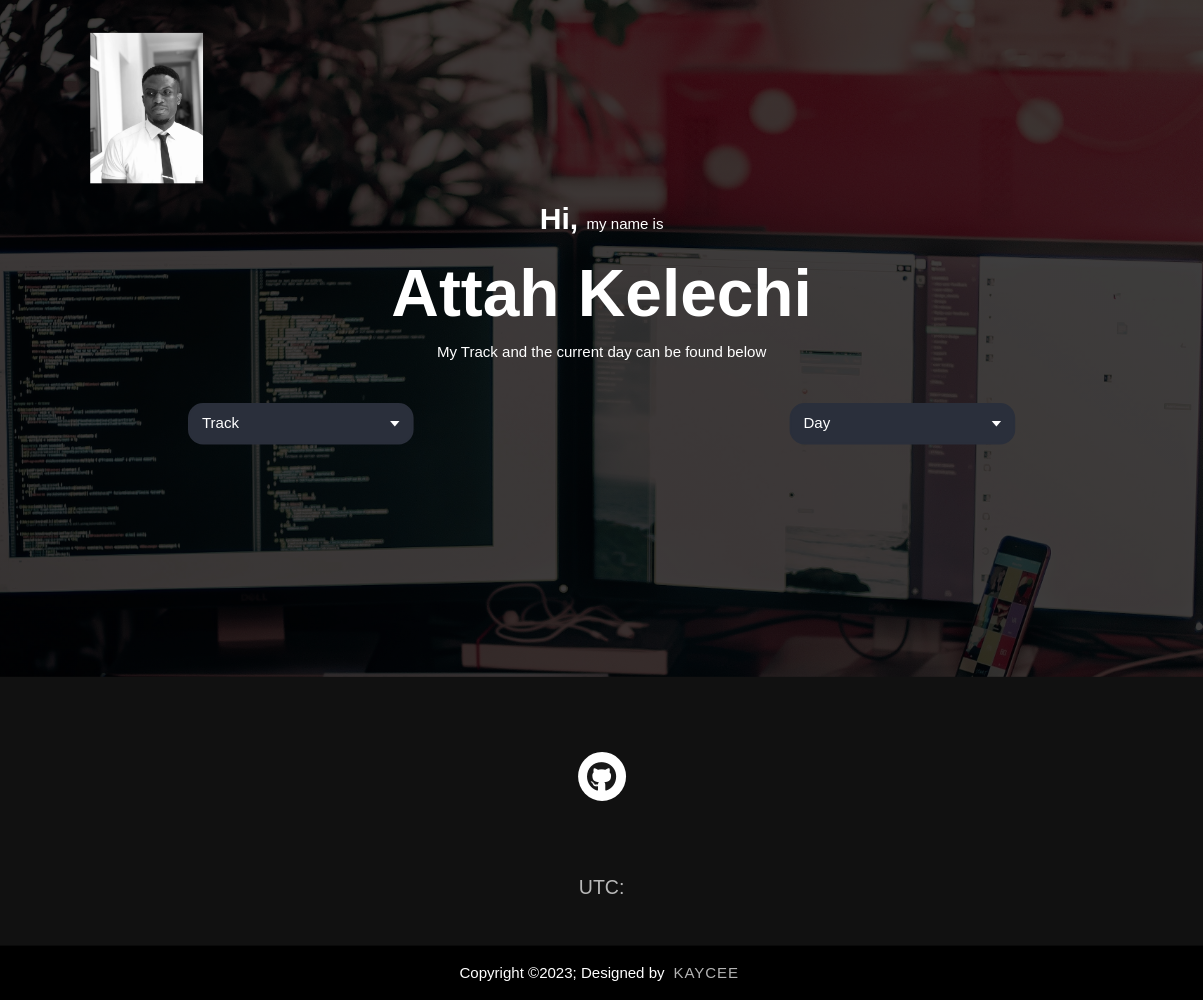
Repository: Kaycee-attah/HNG-Internship_2023
Page: index.html
An editor plug-in stored every save of this project. The page is shown before and after the next save, followed by the edit.
The browser window is 1280 px wide. The pictures show the whole page, at 94% of full size.

Above is the page before, as saved 2023-09-07 12:20:47.

### index.html
<!DOCTYPE html>
<html lang="en">
<head>
    <meta charset="UTF-8">
    <meta name="viewport" content="width=device-width, initial-scale=1.0">
    <title>How to make a website - Easy tutorial</title>
    <link rel="stylesheet" href="style.css">
    <link rel="stylesheet" href="https://cdnjs.cloudflare.com/ajax/libs/font-awesome/6.4.2/css/all.min.css" integrity="sha512-z3gLpd7yknf1YoNbCzqRKc4qyor8gaKU1qmn+CShxbuBusANI9QpRohGBreCFkKxLhei6S9CQXFEbbKuqLg0DA==" crossorigin="anonymous" referrerpolicy="no-referrer" />
</head>
<body>
    <div class="banner">
        <div class="navbar">
            <img class="logo" src="slack_DP.JPG" alt="Kaycee" data-testid="slackDisplayImage">
            <!-- <ul>
                <li><a href="#">Home</a></li>
                <li><a href="#">Bedroom</a></li>
                <li><a href="#">Dining</a></li>
                <li><a href="#">Kitchen</a></li>
                <li><a href="#">Backyard</a></li>
            </ul> -->
        </div>
    </div>
    <div class="content">
        <h2>Hi, <span class="text"> my name is</span></h2>
        <h1 data-testid="slackUserName">Attah Kelechi</h1>
        <span class="text-sm">My Track and the current day can be found below</span>

        <div class="track_info">
            <div class="dropdown">
                <div class="select">
                    <span class="selected">Track</span>
                    <div class="caret"></div>
                </div>
                <ul class="menu">
                    <li data-testid="myTrack">Frontend </li>

                </ul>

                <!-- <button type="button"><span class="btn"></span> MORE</button>
                <button type="button"><span class="btn"></span>SUBSCRIBE</button> -->
            </div>
            <div class="dropdown">
                <div class="select">
                    <span class="selected">Day</span>
                    <div class="caret"></div>
                </div>
                <ul class="menu">
                    <li data-testid="currentDayOfTheWeek">Framer </li>

                </ul>

                <!-- <button type="button"><span class="btn"></span> MORE</button>
                <button type="button"><span class="btn"></span>SUBSCRIBE</button> -->
            </div>
        </div>


    </div>
    <footer>
        <div class="footer_Container">
            <div class="social-icon">
                <a href=""><i class="fa-brands fa-github"></i></a>
            </div>

        </div>
        <div class="footer_Info">
            <ul>
                <li data-testid="currentUTCTime">UTC: </li>

            </ul>
        </div>
        <div class="footer_Bottom">
            <p>Copyright &copy;2023; Designed by <span class="designer">Kaycee</span></p>
        </div>
    </footer>

    <script src="script.js"></script>
</body>

</html>

### style.css
*{
    margin: 0;
    padding: 0;
    font-family: sans-serif;

}
body{
    background-image: linear-gradient(rgba(0,0,0,0.75), rgba(0,0,0,0.75)), url(IMG_6759.JPG);
    background-size: cover;
    background-position: center;
}

.banner{
    width: 100%;
    height: 100vh;


}
.navbar{
    width: 85%;
    margin: auto;
    margin-bottom: 40px;
    padding: 35px 0;
    display: flex;
    align-items: center;
    justify-content: space-between;
}
.logo{
    width: 120px;
    cursor: pointer;
}
.navbar ul li{
    list-style: none;
    display: inline-block;
    margin: 0 20px;
    position: relative;
}
.navbar ul li a{
    text-decoration: none;
    color: #fff;
    text-transform: uppercase;
}
.navbar ul li::after{
    content: "";
    height: 3px;
    width: 0;
    background: #009688;
    position: absolute;
    left: 0;
    bottom: -10px;
    transition: 0.5s;
}
.navbar ul li:hover::after{
    width: 100%;
}
.content{
    width: 100%;
    padding: 80px 0;
    position: absolute;
    top: 50%;
    transform: translateY(-50%);
    text-align: center;
    color: #fff;
}
.content h1{
    font-size: 70px;
    margin-top: 20px;
    /* margin-bottom: 10px; */
}
.content h2{
    font-size: 2.0em;
    /* margin-top: 20px; */
}
.content p{
    margin: 20px auto;
    font-weight: 100;
    line-height: 25px;
}
.text{
    margin: 0;
    font-weight: 20;
    font-size: medium;
    line-height: 5px;
}
.text-sm{
    /* margin: 35px auto; */
    font-weight: 10;
    font-size: 16px;
    line-height: 45px;
}
.track_info {
    display: flex;
    justify-content: space-around;
    align-items: center;
}
.dropdown{
    min-width: 15em;
    position: relative;
    margin: 2em;
    /* display: flex;
    justify-content: space-between;
    align-items: center; */

}
.dropdown *{
    box-sizing: border-box;
}

.select{
    background: #2a2f3b;
    color: #fff;
    display: flex;
    justify-content: space-between;
    align-items: center;
    border: 2px #2a2f3b solid;
    border-radius: 1em;
    cursor: pointer;
    transition: background 0.3s;
    padding: 0.7em 0.8em;
}
.select-clicked{
    border: 2px #26489a solid;
    box-shadow: 0 0 0.8em #26489a;
    display: flex;
    justify-content: space-between;


}

.select:hover{
    background: #323741;
}

.caret{
    width: 0;
    height: 0;
    border-left: 5px solid transparent;
    border-right: 5px solid transparent;
    border-top: 6px solid #fff;
    transition: 0.3s;
}

.caret-rotate{
    transform: rotateX(180deg);

}

.selected-rotate{
    transform: rotateX(180deg);

}

.menu{
    list-style: none;
    padding: 0.2em 0.5em;
    background: #323741;
    border: 1px #363a43 solid;
    box-shadow: 0 0.5em 1em rgba(0, 0, 0, 0.2);
    border-radius: 0.5em;
    color: #9fa5b5;
    position: absolute;
    width: 100%;
    top: 4em;
    min-height: auto;
    left: 50%;
    transform: translateX(-50%);
    opacity: 0;
    display: none;
    transition: 0.2s;
    z-index: 1;
}

.menu li{
    padding: 0.7em 0.5em;
    margin: 0.3em 0;
    border-radius: 0.5em;
}

.menu li:hover{
    background: #2a2d35;
}

.menu-open{
    display: block;
    opacity: 1;
}


button{
    width: 200px;
    padding: 15px 0;
    text-align: center;
    margin: 20px 10px;
    border-radius: 25px;
    font-weight: bold;
    border: 2px solid #009688;
    background: transparent;
    color: #fff;
    cursor: pointer;
    position: relative;
    overflow: hidden;
}
.btn{
    background: #009688;
    height: 100%;
    width: 0;
    border-radius: 25px;
    position: absolute;
    left: 0;
    bottom: 0;
    z-index: -1;
    transition: 0.5s;
}
button:hover span{
    width: 100%;
}
footer{
    background-color: #111;
    width: 100%;
}
.footer_Container{
    /* width: 100%; */
    padding: 70px 30px 20px;
}
.social-icon{
    display: flex;
    justify-content: center;
}
.social-icon a{
    text-decoration: none;
    padding: 10px;
    background-color: white;
    margin: 10px;
    border-radius: 50%;
}
.social-icon a i{
    font-size: 2em;
    color: black;
    opacity: 0.9;
}


.social-icon a:hover{
    background-color: #111;
    transition: 0.5s;
}
.social-icon a:hover i{
    background-color: white;
    transition: 0.5s;
}
.footer_Info{
    margin: 30px 0;
}
.footer_Info ul{
    display: flex;
    justify-content: space-around;
}
.footer_Info ul li{
    color: white;
    margin: 20px;
    text-decoration: none;
    list-style: none;
    font-size: 1.3em;
    opacity: 0.7;
    transition: 0.5s;
}

.footer_Bottom {
    background-color: #000;
    padding: 20px;
    text-align: center;
}
.footer_Bottom p{
    color: white;

}
.designer{
    opacity: 0.7;
    text-transform: uppercase;
    letter-spacing: 1px;
    font-weight: 400;
    margin: 0px 5px;
    /* position: fixed; */
}

@media (max-width: 700px){
    .footer_Info ul{
        flex-direction: column;
    }
    .footer_Info ul li{
        width: 100%;
        text-align: center;
        margin: 10px 0;
    }
}

### script.js
const now = new Date();
const day = now.getDay();
const hours = now.getHours();
const minutes = now.getMinutes();
const UTCtimeStamp = now.getTime();
const GMTdate_and_time = now.toUTCString();
const daysOfWeek = [
    "Sunday",
    "Monday",
    "Tuesday",
    "Wednesday",
    "Thursday",
    "Friday",
    "Saturday"
]
const today = daysOfWeek[day];
const UTC = now.getUTCMilliseconds();
console.log("Current day of the week:", today)
console.log("UTC:", UTC)

console.log("UTCtimeStamp:", UTCtimeStamp)
console.log("GMTdate_and_time:", GMTdate_and_time)

const dropdowns = document.querySelectorAll('.dropdown');

dropdowns.forEach(dropdown => {
    const select = dropdown.querySelector('.select');
    const caret = dropdown.querySelector('.caret');
    const menu = dropdown.querySelector('.menu');
    const options = dropdown.querySelector('.menu li');
    const selected = dropdown.querySelector('.selected');


    select.addEventListener('click', () => {
        select.classList.toggle('select-clicked');
        select.classList.toggle('caret-rotate');
        selected.classList.toggle('selected-rotate');
        menu.classList.toggle('menu-open');
    })

    // options.forEach(option => {
    //     option.addEventListener('click', () => {
    //         // select.classList.toggle('select-clicked');
    //         select.classList.remove('select-clicked')
    //         caret.classList.remove('caret-rotate');
    //         menu.classList.remove('menu-open');


    //     })
    // })
})

After the next save:
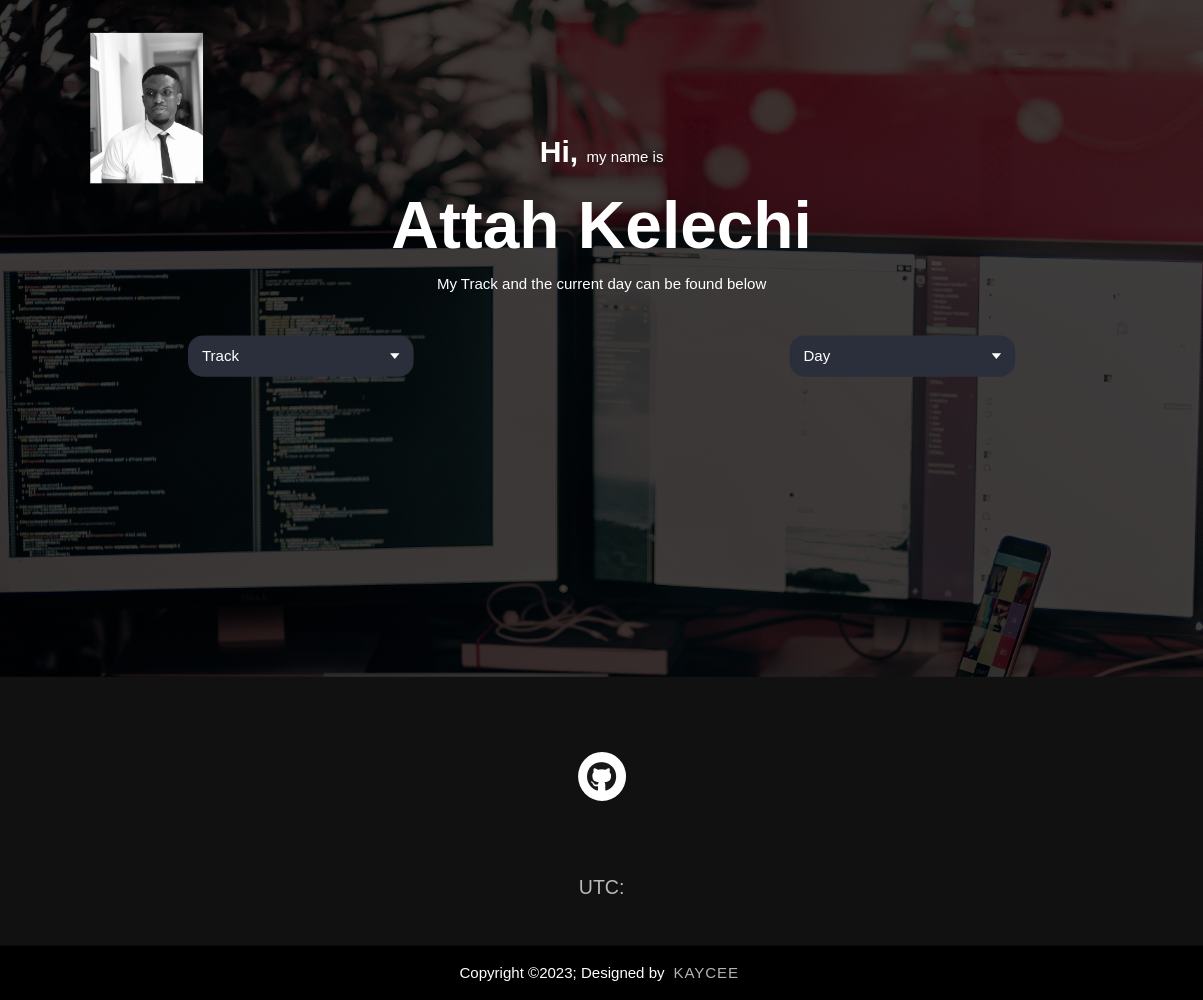
Saved 108 s later.
--- a/style.css
+++ b/style.css
@@ -19,7 +19,6 @@ body{
 .navbar{
     width: 85%;
     margin: auto;
-    margin-bottom: 40px;
     padding: 35px 0;
     display: flex;
     align-items: center;
@@ -55,9 +54,8 @@ body{
 }
 .content{
     width: 100%;
-    padding: 80px 0;
-    position: absolute;
-    top: 50%;
+    position: absolute;
+    top: 40%;
     transform: translateY(-50%);
     text-align: center;
     color: #fff;
